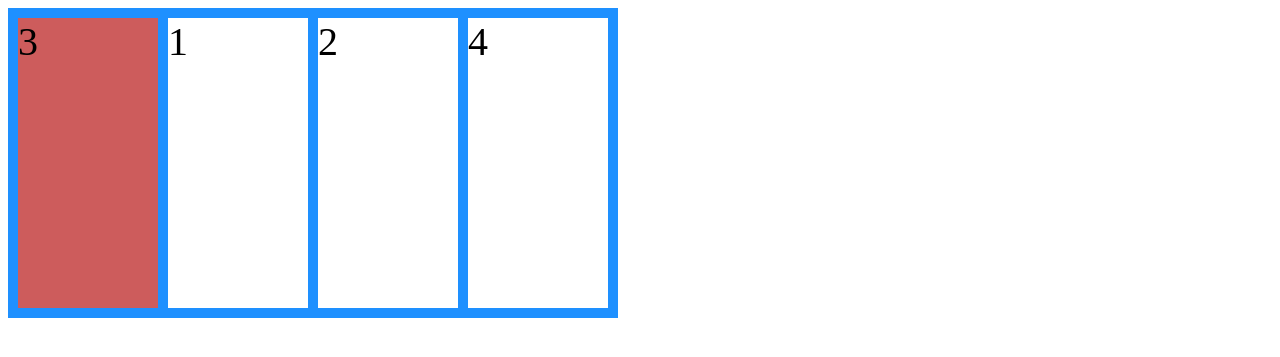
Repository: eversonps/flexbox-grid-css
Page: flexbox/flexbox2.html
An editor plug-in stored every save of this project. The page is shown before and after the next save, followed by the edit.
The browser window is 1280 px wide. The pictures show the whole page.

Above is the page before, as saved 2022-03-23 15:44:24.

### flexbox/flexbox2.html
<!DOCTYPE html>
<html>

<head>
    <meta charset="UTF-8">
    <title>Flexbox #02</title>
    <style>
        div {
            border: solid 5px dodgerblue;
            font-size: 40px;
        }

        .flex-container div {
            box-sizing: border-box;
        }

        .flex-container{
            display: flex;
            height: 300px;
            width: 600px;
        }

        .flex-container div:nth-child(3){
            background-color: indianred;
            order: 1;
            order: 0;
            order: -1;
            align-self: center;
            align-self: flex-start;
            align-self: flex-end;
            align-self: stretch;
        }

        .flex-container div{
            width: 100%;
        }

    </style>
</head>

<body>
    <div class="flex-container">
        <div>1</div>
        <div>2</div>
        <div>3</div>
        <div>4</div>
    </div>
</body>

</html>

After the next save:
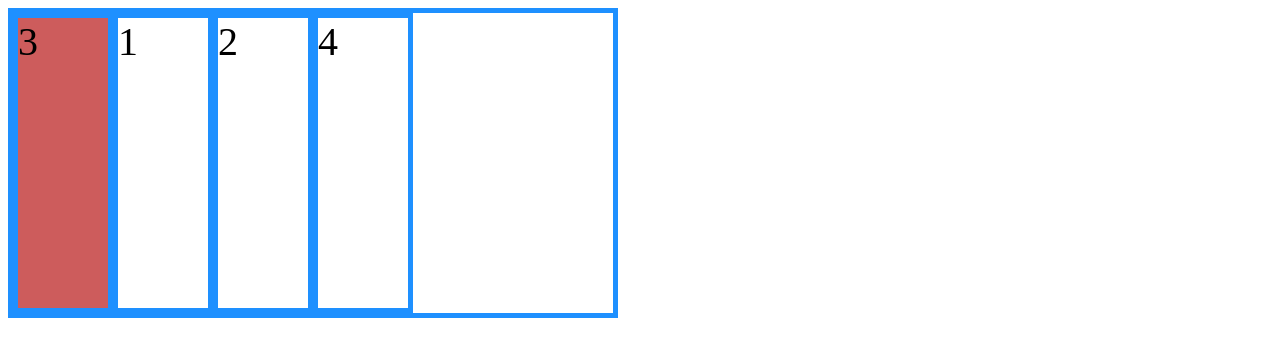
Saved 8 s later.
--- a/flexbox/flexbox2.html
+++ b/flexbox/flexbox2.html
@@ -32,7 +32,7 @@
         }
 
         .flex-container div{
-            width: 100%;
+            width: 100px;
         }
 
     </style>

After the save that followed:
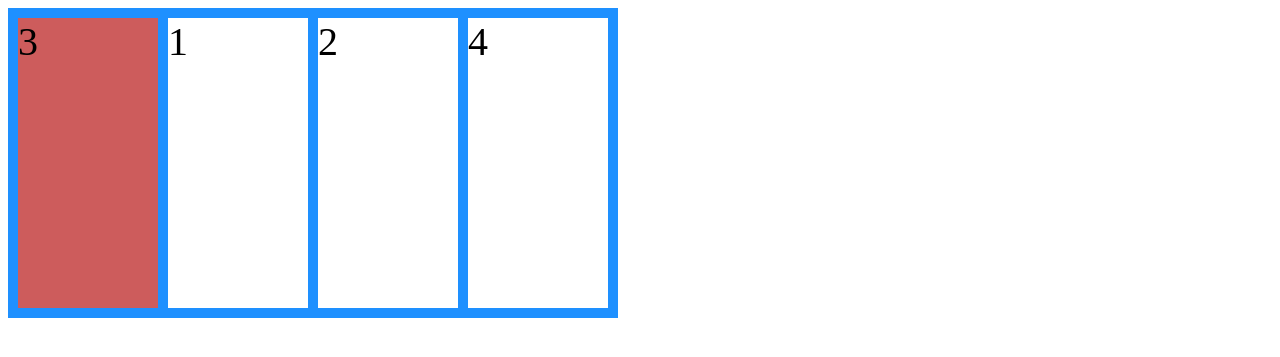
Saved 2 min 5 s later.
--- a/flexbox/flexbox2.html
+++ b/flexbox/flexbox2.html
@@ -33,6 +33,7 @@
 
         .flex-container div{
             width: 100px;
+            flex-grow: 1;
         }
 
     </style>
